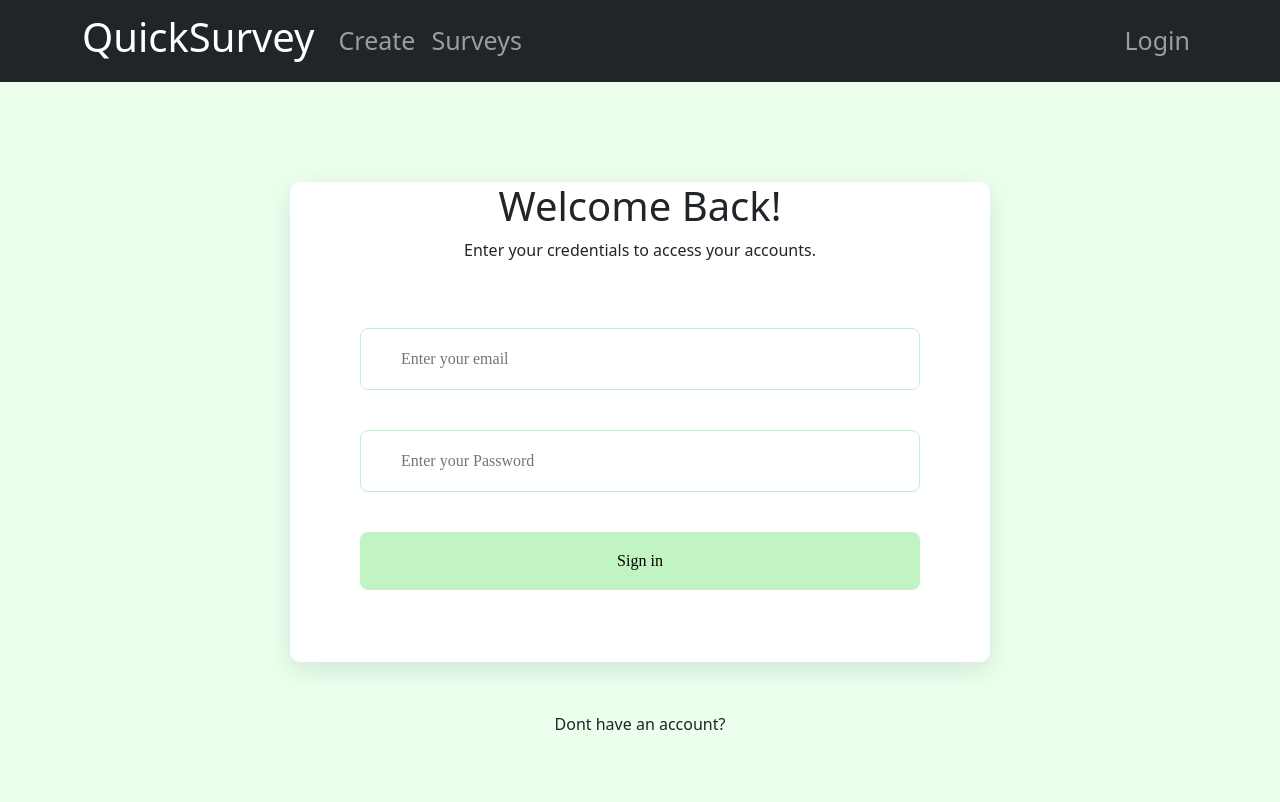
Repository: cakuang1/QuickSurveyReact
Page: /login
These files come from the project's save history. The page is drawn as it stood at one moment and after the next save; the edit follows.
The browser window is 1280 px wide. The pictures show the whole page.
The project was rebuilt for these pictures with package versions that can differ from the ones it lists, and the page was loaded fresh each time. Also part of the build but not shown: src/index.css, src/pages/home/home.js, src/pages/create/create.js, src/pages/pastsurveys/pastsurveys.js.

Above is the page before, as saved 2022-07-24 18:37:04.

After the next save:
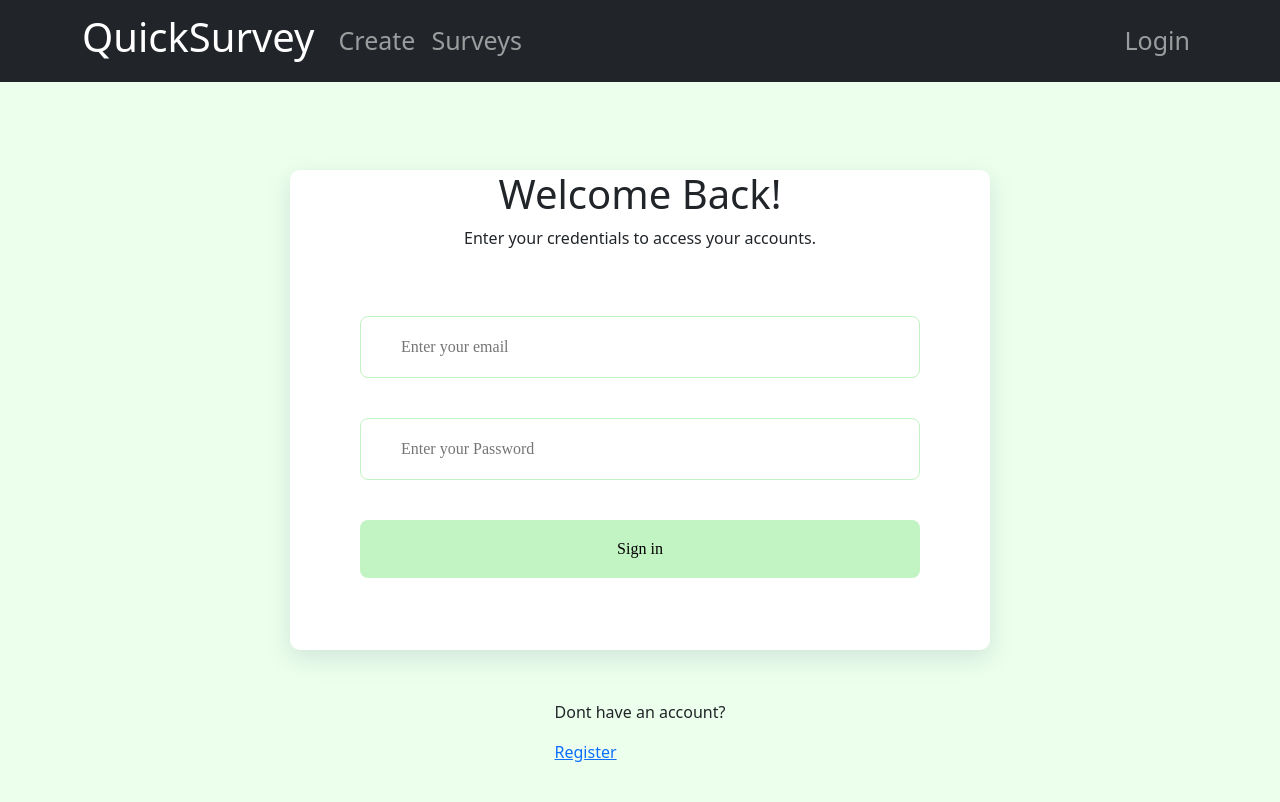
Saved 4 s later.
--- a/src/pages/login/login.js
+++ b/src/pages/login/login.js
@@ -39,6 +39,7 @@
             </div>
             <div>
             <p>Dont have an account?</p>
+            <Link>Register</Link>
 
             </div>
 

After the save that followed:
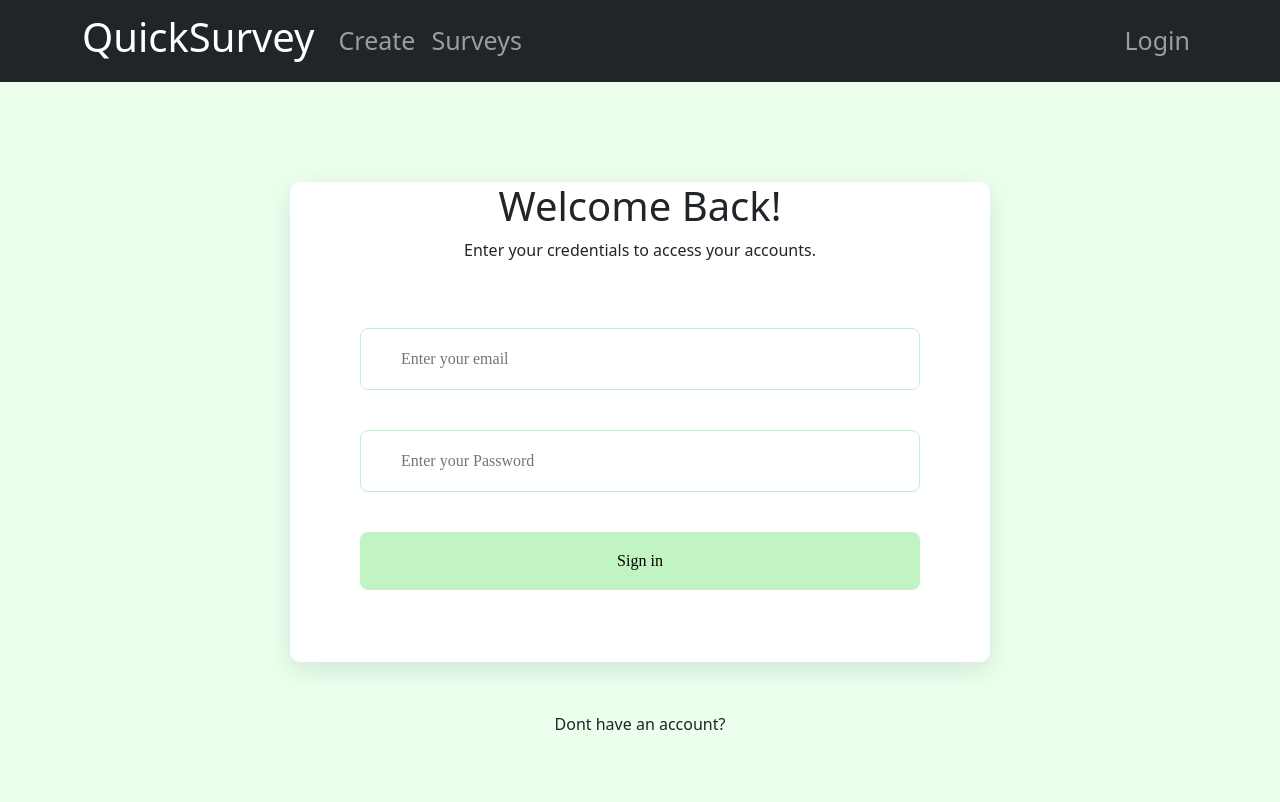
Saved 15 s later.
--- a/src/pages/login/login.js
+++ b/src/pages/login/login.js
@@ -39,7 +39,7 @@
             </div>
             <div>
             <p>Dont have an account?</p>
-            <Link>Register</Link>
+            <Link></Link>
 
             </div>
 
